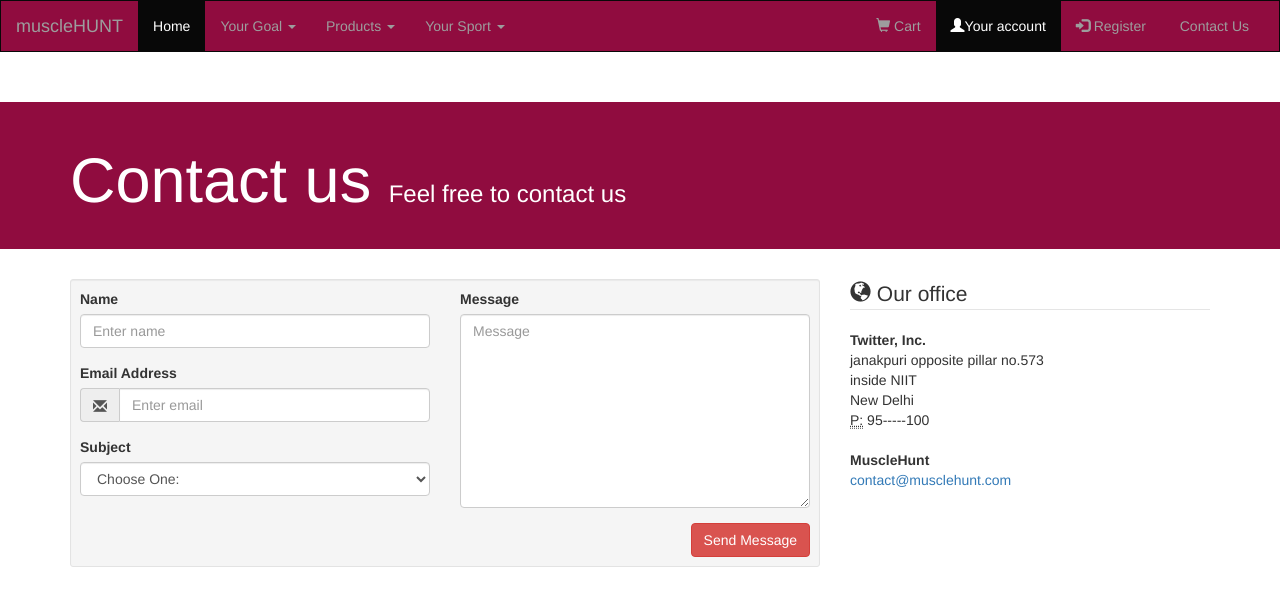
Repository: sunnypunia/SUNNY1
Page: http://localhost/MuscleHunt/WEB-INF/jsp/contactus.jsp
These files come from the project's save history. The page is drawn as it stood at one moment and after the next save; the edit follows.
The browser window is 1280 px wide. The pictures show the whole page.
Some web libraries are served in a nearby version. The page is served by Tomcat 9. Nobody is signed in. The template is opened directly, without the code that normally fills it, so the values that code supplies are empty.

Above is the page before, as saved 2017-01-09 11:48:52.

After the next save:
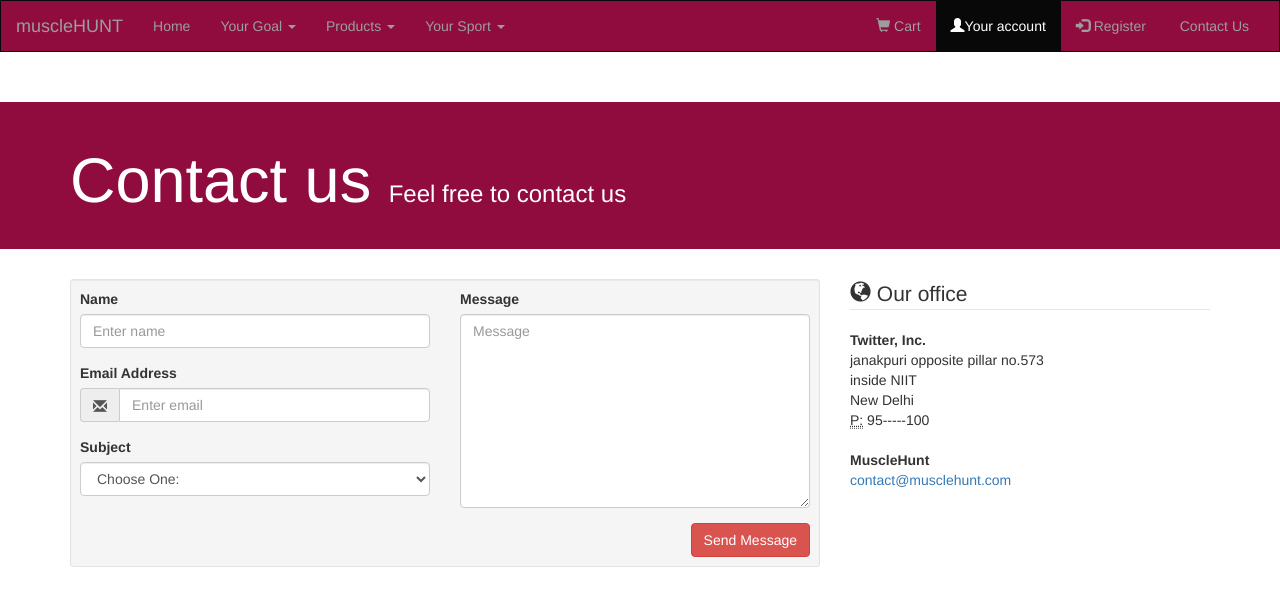
Saved 19 s later.
--- a/MuscleHunt/src/main/webapp/WEB-INF/jsp/contactus.jsp
+++ b/MuscleHunt/src/main/webapp/WEB-INF/jsp/contactus.jsp
@@ -51,7 +51,7 @@ font-size: 24px;
       <ul class="nav navbar-nav">
 
          <ul class="nav navbar-nav">
-   <li class="active"><a href ="#">Home</a>
+   <li><a href ="#">Home</a>
    <li class="dropdown">
         <a class="dropdown-toggle" data-toggle="dropdown" href="#">Your Goal
         <span class="caret"></span></a>
